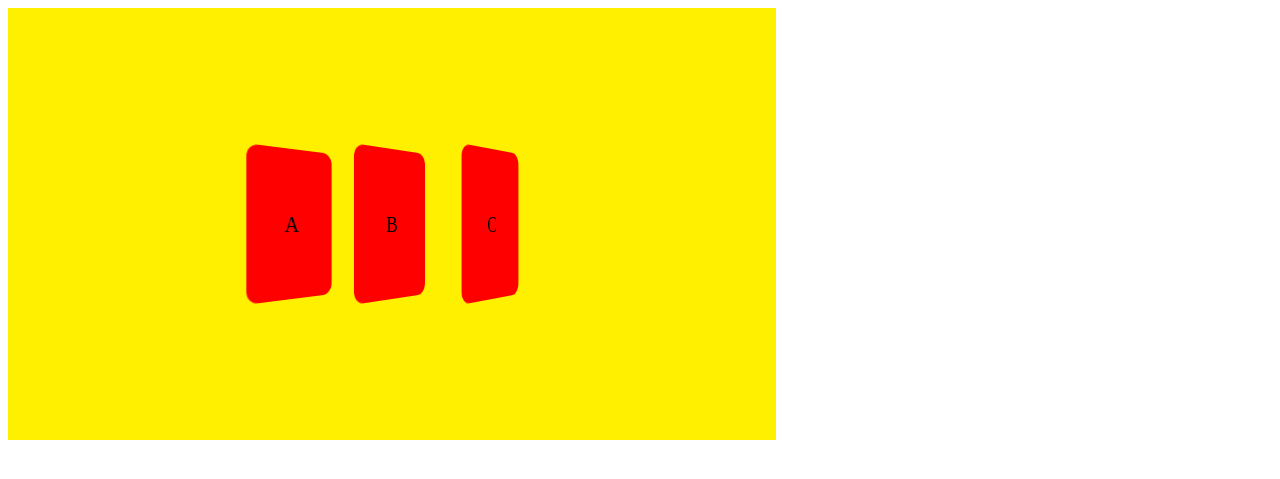
Repository: ggandory/interactiveweb
Page: Interactive_section2-css3d/01.html
An editor plug-in stored every save of this project. The page is shown before and after the next save, followed by the edit.
The browser window is 1280 px wide. The pictures show the whole page.

Above is the page before, as saved 2024-10-07 14:49:29.

### Interactive_section2-css3d/01.html
<!DOCTYPE html>
<html>
<head>
    <meta charset="UTF-8">
    <meta name="viewport" content="width=device-width, initial-scale=1.0">
    <meta http-equiv="X-UA-Compatible" content="ie=edge">
    <title>Interactive Web</title>
    <style>
        .world {
            display: flex;
            align-items: center;
            justify-content: center;
            width: 60vw;
            height: 60vh;
            background: #fff000;
            perspective: 500px;
		}
		.card {
			display: flex;
			align-items: center;
			justify-content: center;
			width: 100px;
			height: 150px;
			border-radius: 0.5em;
			font-size: 1.5rem;
			background: red;
			transform: rotateY(45deg);
			/* transform: perspective(500px) rotateY(45deg); */
		}
    </style>
</head>
<body>
    <div class="world">
		<div class="card">A</div>
		<div class="card">B</div>
		<div class="card">C</div>
    </div>
</body>
</html>

After the next save:
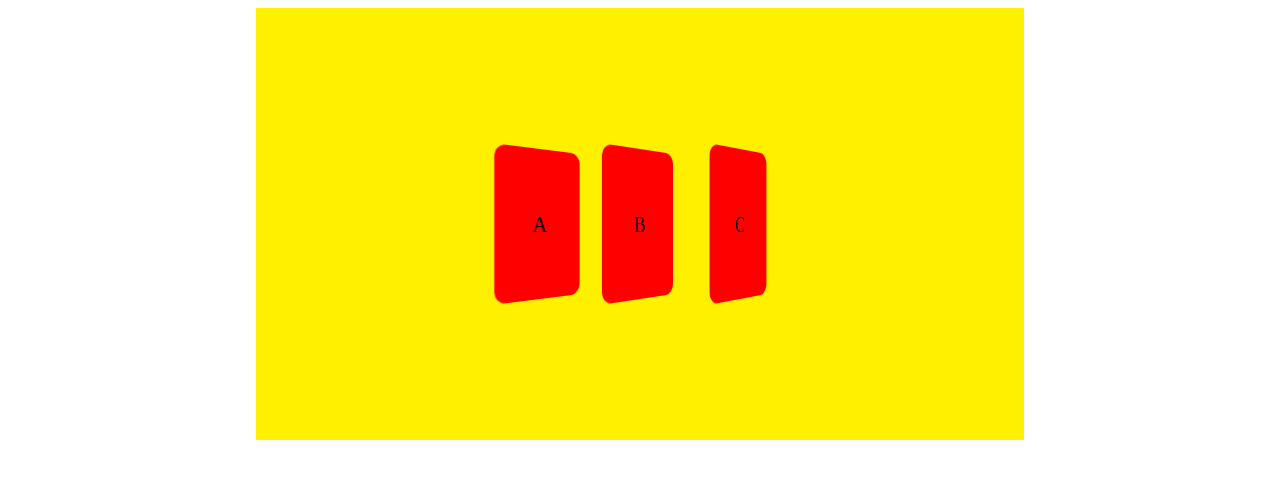
Saved 39 min 2 s later.
--- a/Interactive_section2-css3d/01.html
+++ b/Interactive_section2-css3d/01.html
@@ -1,39 +1,49 @@
 <!DOCTYPE html>
 <html>
+
 <head>
-    <meta charset="UTF-8">
-    <meta name="viewport" content="width=device-width, initial-scale=1.0">
-    <meta http-equiv="X-UA-Compatible" content="ie=edge">
-    <title>Interactive Web</title>
-    <style>
-        .world {
-            display: flex;
-            align-items: center;
-            justify-content: center;
-            width: 60vw;
-            height: 60vh;
-            background: #fff000;
-            perspective: 500px;
-		}
-		.card {
-			display: flex;
-			align-items: center;
-			justify-content: center;
-			width: 100px;
-			height: 150px;
-			border-radius: 0.5em;
-			font-size: 1.5rem;
-			background: red;
-			transform: rotateY(45deg);
-			/* transform: perspective(500px) rotateY(45deg); */
-		}
-    </style>
+  <meta charset="UTF-8">
+  <meta name="viewport" content="width=device-width, initial-scale=1.0">
+  <meta http-equiv="X-UA-Compatible" content="ie=edge">
+  <title>Interactive Web</title>
+  <style>
+    body {
+      display: flex;
+      align-items: center;
+      justify-content: center;
+    }
+
+    .world {
+      display: flex;
+      align-items: center;
+      justify-content: center;
+      width: 60vw;
+      height: 60vh;
+      background: #fff000;
+      perspective: 500px;
+    }
+
+    .card {
+      display: flex;
+      align-items: center;
+      justify-content: center;
+      width: 100px;
+      height: 150px;
+      border-radius: 0.5em;
+      font-size: 1.5rem;
+      background: red;
+      transform: rotateY(45deg);
+      /* transform: perspective(500px) rotateY(45deg); */
+    }
+  </style>
 </head>
+
 <body>
-    <div class="world">
-		<div class="card">A</div>
-		<div class="card">B</div>
-		<div class="card">C</div>
-    </div>
+  <div class="world">
+    <div class="card">A</div>
+    <div class="card">B</div>
+    <div class="card">C</div>
+  </div>
 </body>
+
 </html>
